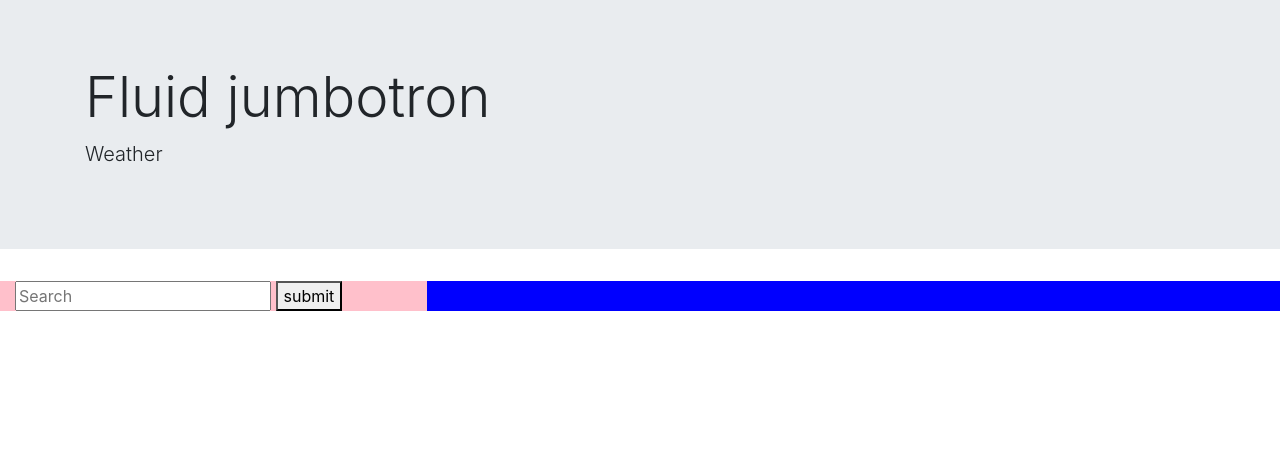
Repository: kkyler24/WeatherBug
Page: index.html
These files come from the project's save history. The page is drawn as it stood at one moment and after the next save; the edit follows.
The browser window is 1280 px wide. The pictures show the whole page.
Some web libraries are served in a nearby version.

Above is the page before, as saved 2020-04-14 13:26:34.

### index.html
<!DOCTYPE html>
<html lang="en">

<head>
    <meta charset="UTF-8">
    <meta name="viewport" content="width=device-width, initial-scale=1.0">
    <title>Weather</title>
    <!-- bootstrap -->
    <link rel="stylesheet" href="https://maxcdn.bootstrapcdn.com/bootstrap/4.0.0/css/bootstrap.min.css"
        integrity="sha384-Gn5384xqQ1aoWXA+058RXPxPg6fy4IWvTNh0E263XmFcJlSAwiGgFAW/dAiS6JXm" crossorigin="anonymous">
    <link rel="stylesheet" href="Style.css">
</head>

<body>
    <header>
        <div class="jumbotron jumbotron-fluid">
            <div class="container">
                <h1 class="display-4">Fluid jumbotron</h1>
                <p class="lead">Weather</p>
            </div>
        </div>
    </header>
    <main class="container-fluid">
        <div class="row">
            <div id="leftCol" class="col-md-4" style="background-color:pink">
                <input type="text" placeholder="Search">
                <button>submit</button>

            </div>





            <div id="rightCol" class="col-md-8 " style="background-color:blue"></div>
        </div>





    </main>

    <script src="https://ajax.googleapis.com/ajax/libs/jquery/3.4.1/jquery.min.js"></script>
    <script src="https://cdnjs.cloudflare.com/ajax/libs/popper.js/1.12.9/umd/popper.min.js"
        integrity="sha384-ApNbgh9B+Y1QKtv3Rn7W3mgPxhU9K/ScQsAP7hUibX39j7fakFPskvXusvfa0b4Q"
        crossorigin="anonymous"></script>
    <script src="https://maxcdn.bootstrapcdn.com/bootstrap/4.0.0/js/bootstrap.min.js"
        integrity="sha384-JZR6Spejh4U02d8jOt6vLEHfe/JQGiRRSQQxSfFWpi1MquVdAyjUar5+76PVCmYl"
        crossorigin="anonymous"></script>
</body>

</html>

Loaded but not shown: Style.css (empty)

After the next save:
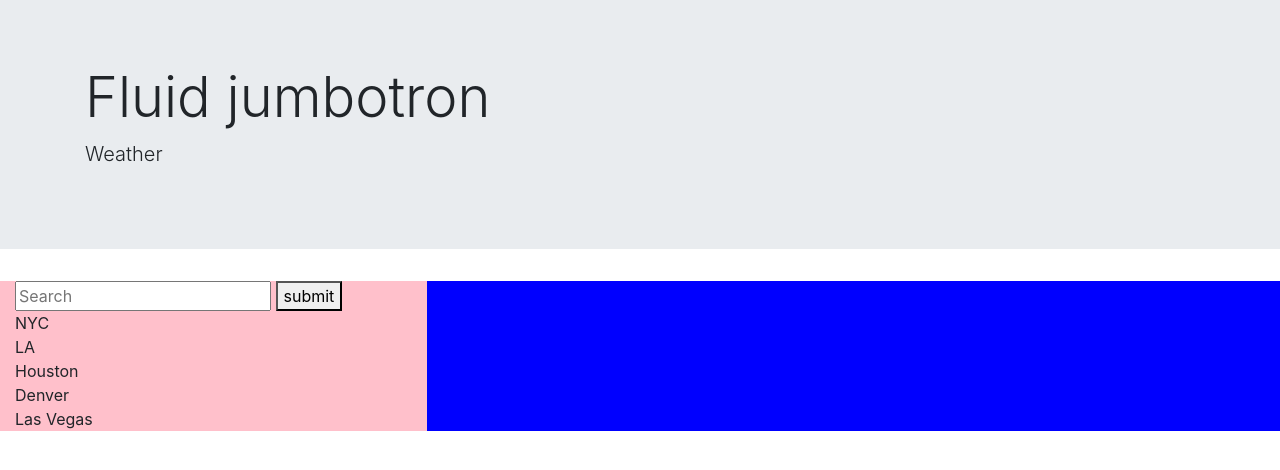
Saved 2 min 42 s later.
--- a/index.html
+++ b/index.html
@@ -23,9 +23,16 @@
     <main class="container-fluid">
         <div class="row">
             <div id="leftCol" class="col-md-4" style="background-color:pink">
+                <!-- search input -->
                 <input type="text" placeholder="Search">
                 <button>submit</button>
 
+                <!-- Search history -->
+                <div>NYC</div>
+                <div>LA</div>
+                <div>Houston</div>
+                <div>Denver</div>
+                <div>Las Vegas</div>
             </div>
 
 
